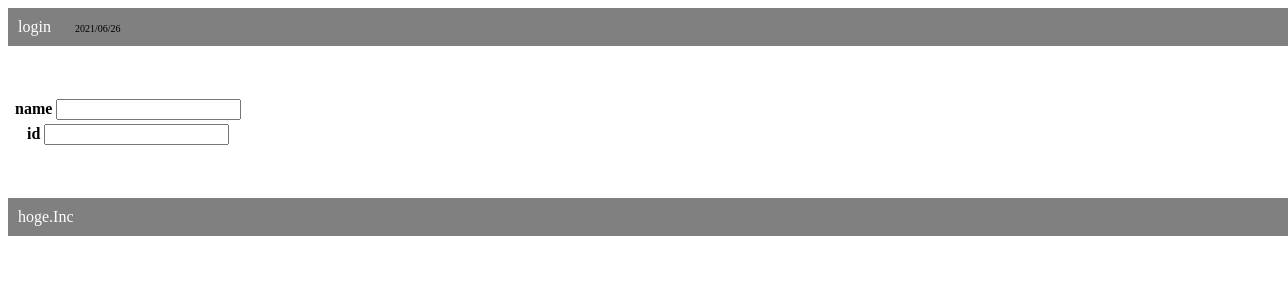
Repository: genki-iwai/curriculum
Page: http://localhost/Check3/
An editor plug-in stored every save of this project. The page is shown before and after the next save, followed by the edit.
The browser window is 1280 px wide. The page is 1288 px wide, so the pictures cover 1288 px, including what lies to the right of the window. The pictures show the whole page.
The page is served by Tomcat 9.

Above is the page before, as saved 2021-07-06 20:58:22.

After the next save:
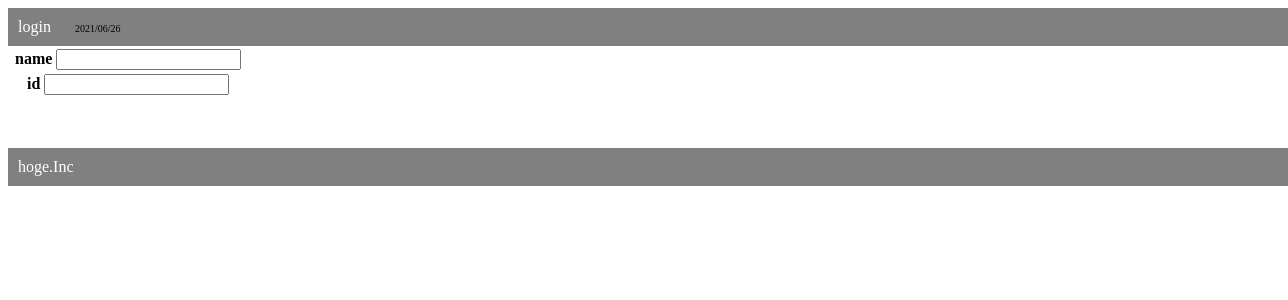
Saved 6 min 40 s later.
--- a/JavaStudy/Check3/WebContent/css/style.css
+++ b/JavaStudy/Check3/WebContent/css/style.css
@@ -21,7 +21,6 @@
 	font-size: 10px;
 }
 .main {
-	padding-top: 50px;
 	padding-bottom: 50px;
 }
 .footer {

After the save that followed:
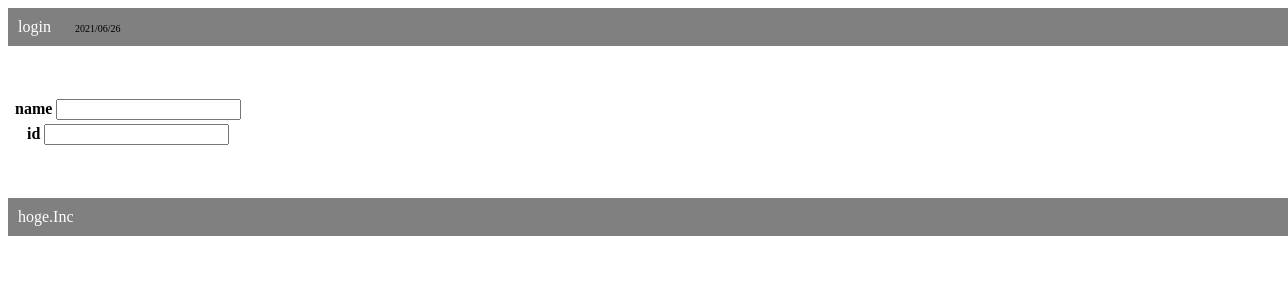
Saved 20 s later.
--- a/JavaStudy/Check3/WebContent/css/style.css
+++ b/JavaStudy/Check3/WebContent/css/style.css
@@ -21,6 +21,7 @@
 	font-size: 10px;
 }
 .main {
+	padding-top: 50px;
 	padding-bottom: 50px;
 }
 .footer {
